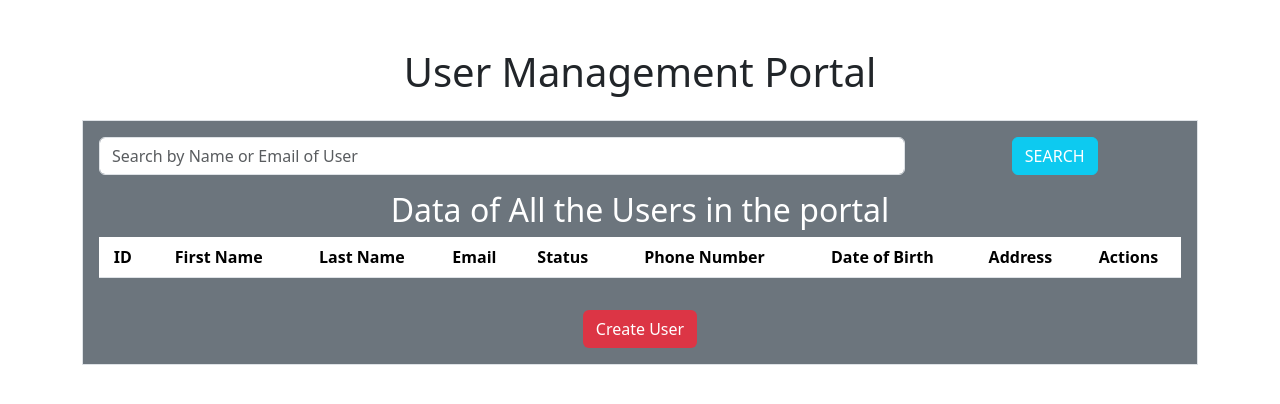
Repository: nairshreejith/reactstudent3
Page: /
An editor plug-in stored every save of this project. The page is shown before and after the next save, followed by the edit.
The browser window is 1280 px wide. The pictures show the whole page.
The page's requests for data from a server got no answer. The project was rebuilt for these pictures with package versions that can differ from the ones it lists, and the page was loaded fresh each time. No one was signed in, and anything a server would have sent is missing.

Above is the page before, as saved 2023-09-16 23:42:52.

After the next save:
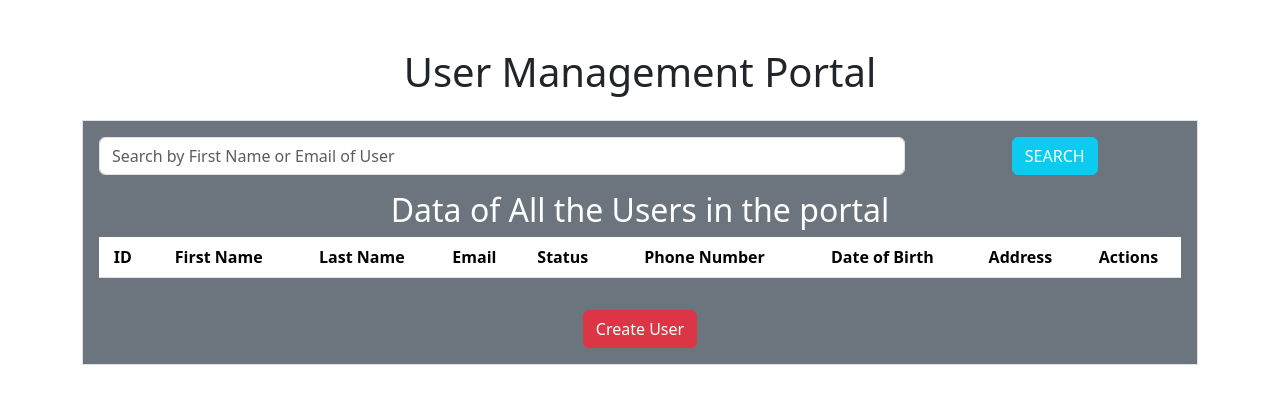
Saved 15 s later.
--- a/src/App.js
+++ b/src/App.js
@@ -84,7 +84,7 @@ function App() {
         <div className="mb-3">
           <div className="row">
             <div className="col-md-9">
-              <input type="text" className="form-control" placeholder="Search by Name or Email of User" value={searchTerm} onChange={(e) => setSearchTerm(e.target.value)} />
+              <input type="text" className="form-control" placeholder="Search by First Name or Email of User" value={searchTerm} onChange={(e) => setSearchTerm(e.target.value)} />
             </div>
             <div className="col-md-3">
               <button className="btn btn-info text-white" onClick={handleSearch}>SEARCH</button>
